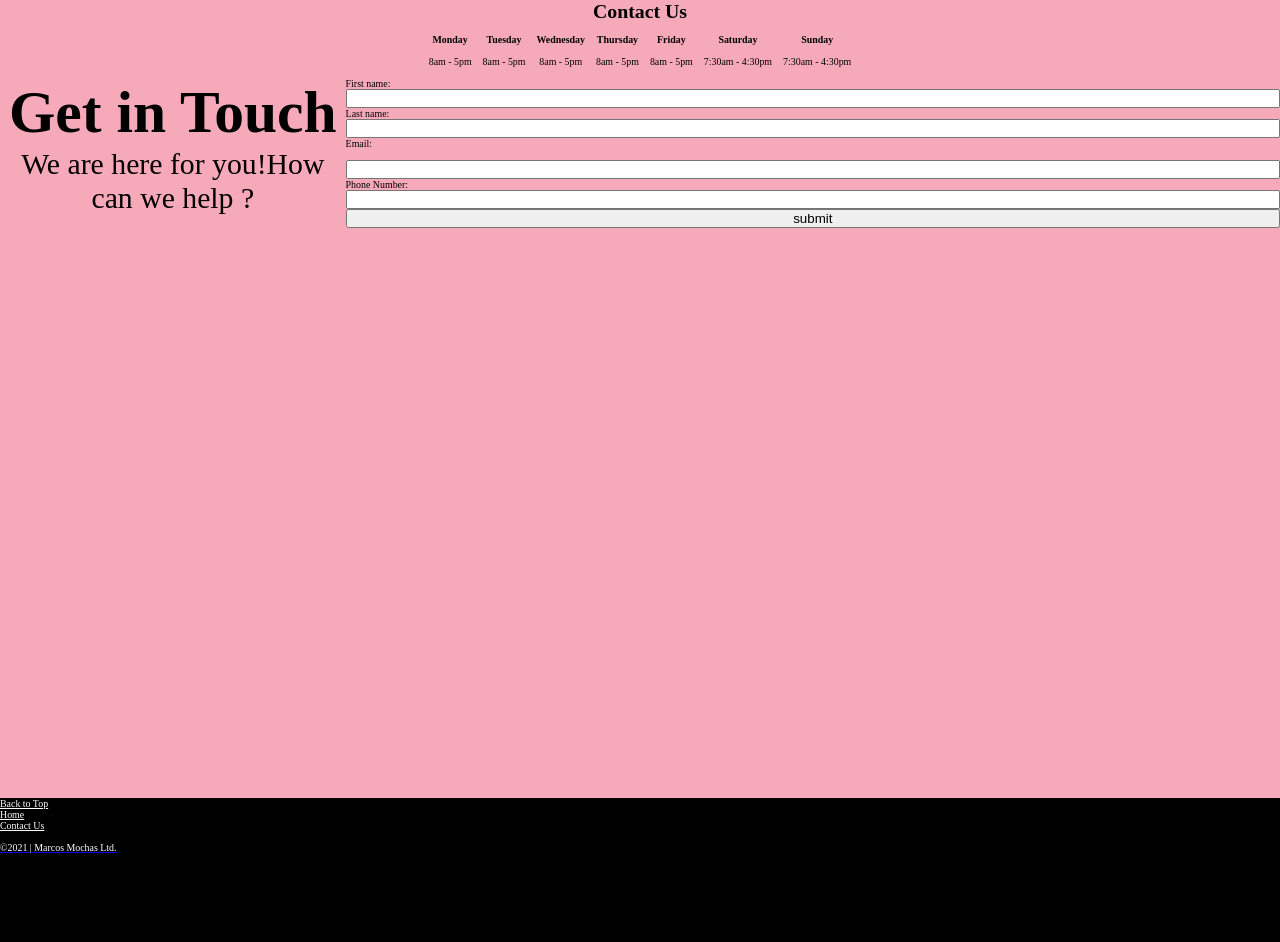
Repository: CAMPSLOPY/marcos-mochas
Page: HTML/contact.html
The author's editor kept a copy of each file at every save. The page is drawn from the files as they stood at one save, then again after the next save.
The browser window is 1280 px wide. The pictures show the whole page.

Above is the page before, as saved 2021-07-02 18:15:55.

After the next save:
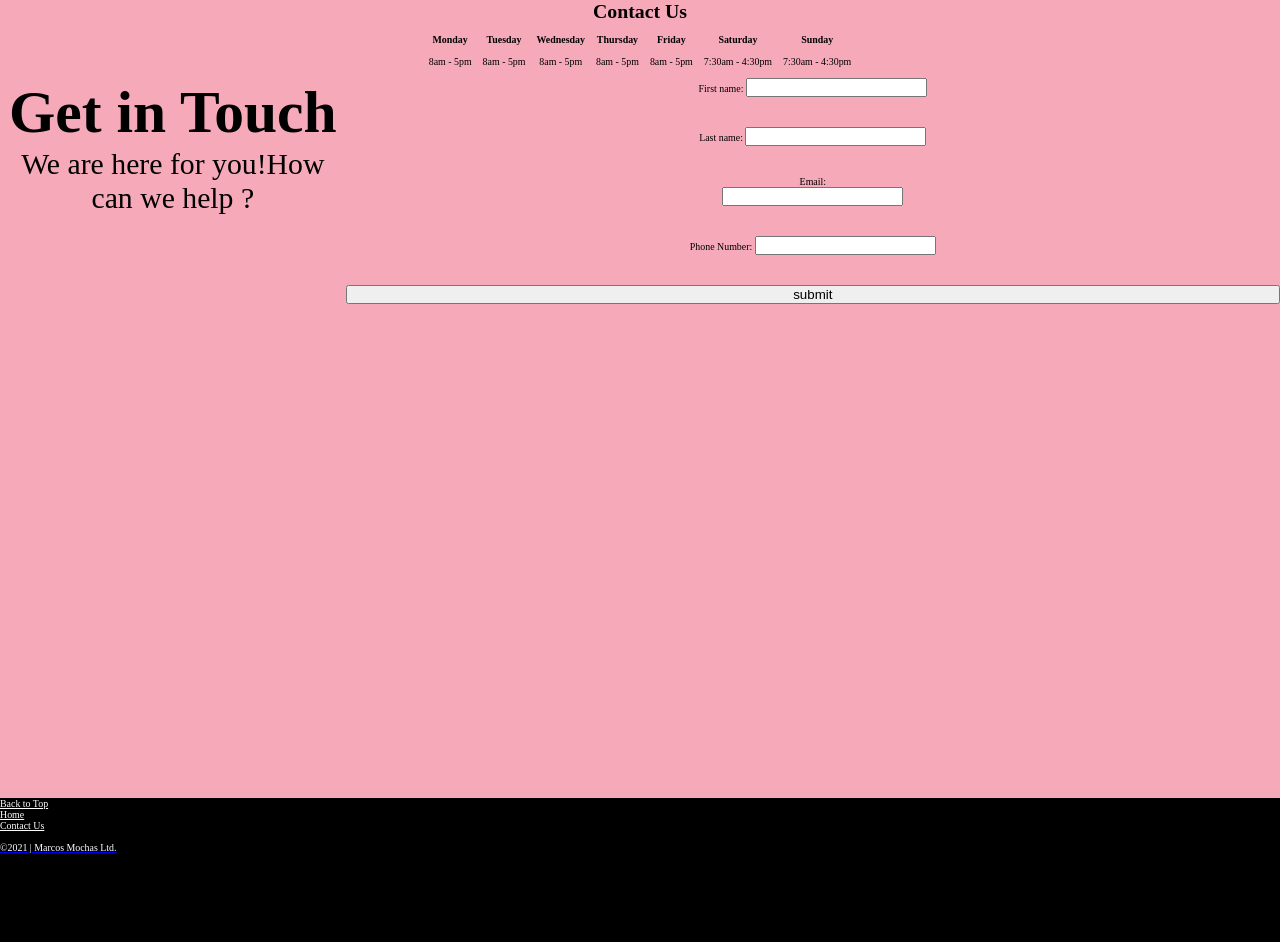
Saved 4 min 3 s later.
--- a/CSS/contact.css
+++ b/CSS/contact.css
@@ -53,8 +53,9 @@ header{
     flex-direction: column;
 }
 .form-control{
-    display: flex;
-    flex-direction: column;
+    margin-bottom: 10px;
+    padding-bottom: 20px;
+    position: relative;
 }
 
 form label{
